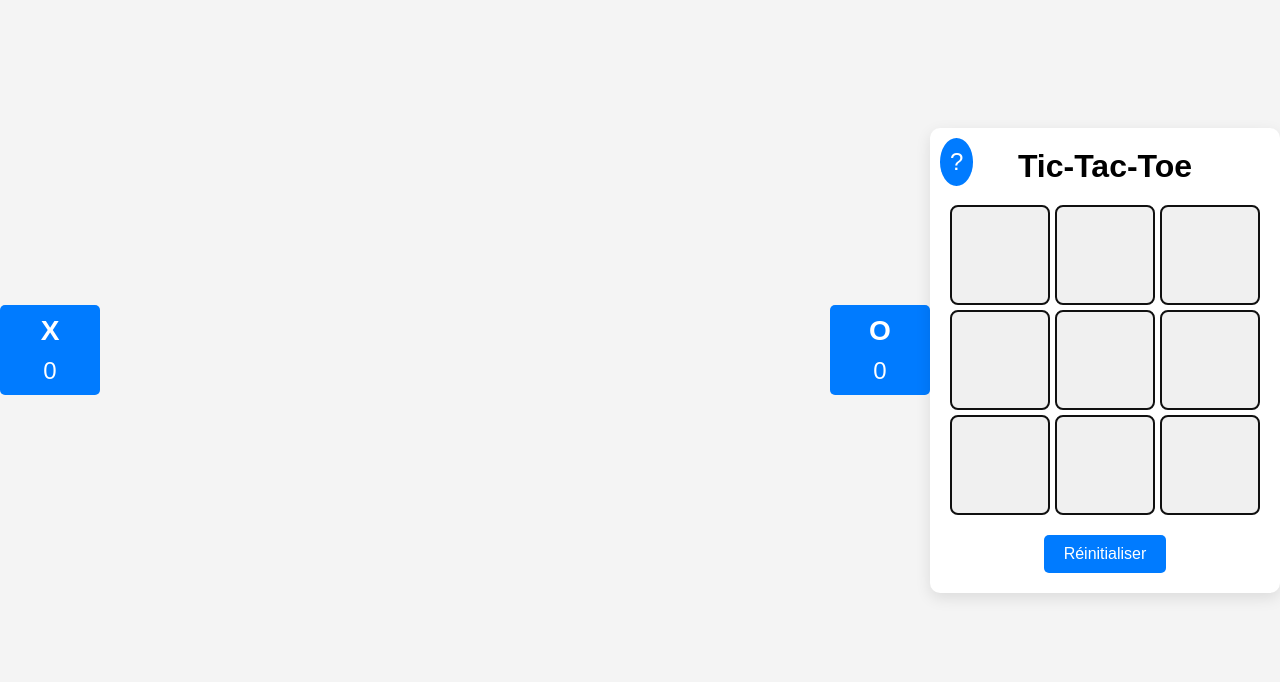
Repository: FTheo57/EvaluationGit
Page: index.html
The author's editor kept a copy of each file at every save. The page is drawn from the files as they stood at one save, then again after a run of saves.
The browser window is 1280 px wide. The pictures show the whole page.

Above is the page before, as saved 2025-03-10 16:29:27.

After the next 2 saves:
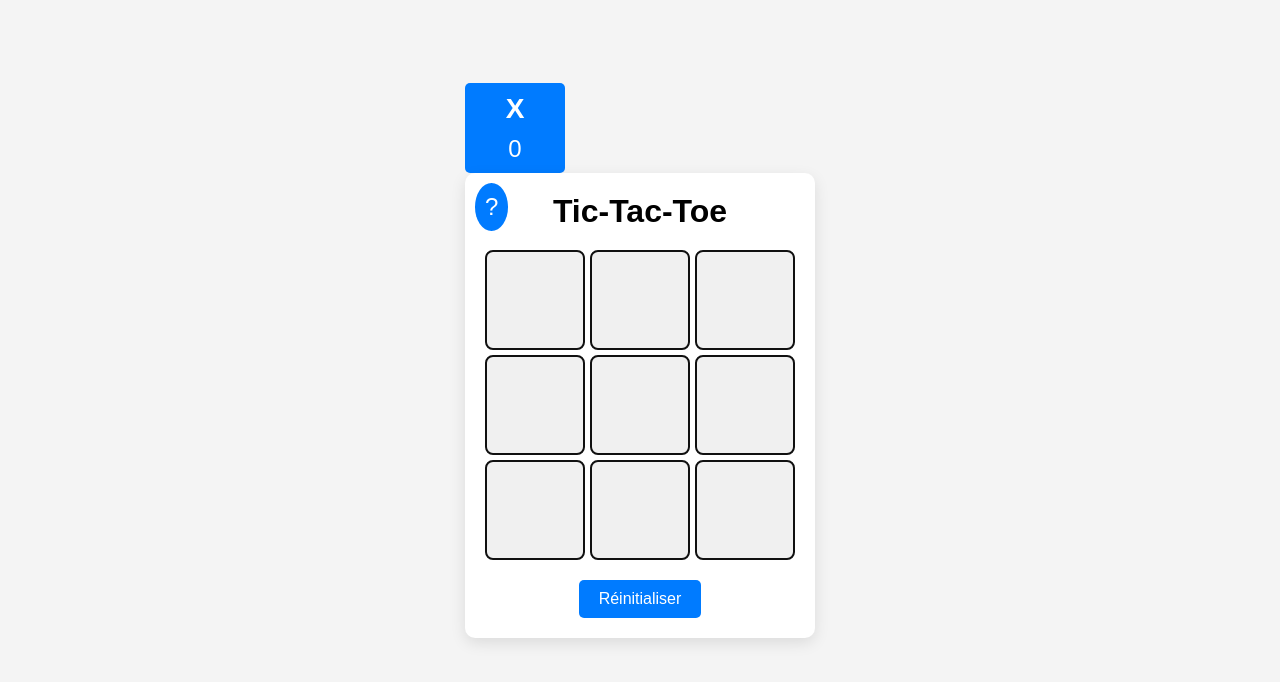
The 2 saves are shown as one change because they came seconds apart.
The last was saved 115 s later.
--- a/index.html
+++ b/index.html
@@ -7,17 +7,12 @@
     <link rel="stylesheet" href="/css/styles.css"
 </head>
 <body>
-    <div class="scoreboard">
+    <div class="game-wrapper">
 
         <div class="score-container" id="score-x">
             <h3>X</h3>
             <p id="score-x-value">0</p>
         </div>
-        <div class="score-container" id="score-o">
-            <h3>O</h3>
-            <p id="score-o-value">0</p>
-        </div>
-    </div>
     <div class="container">
         <button class="rules-btn" id="rules-btn">?</button>
         <h1>Tic-Tac-Toe</h1>
